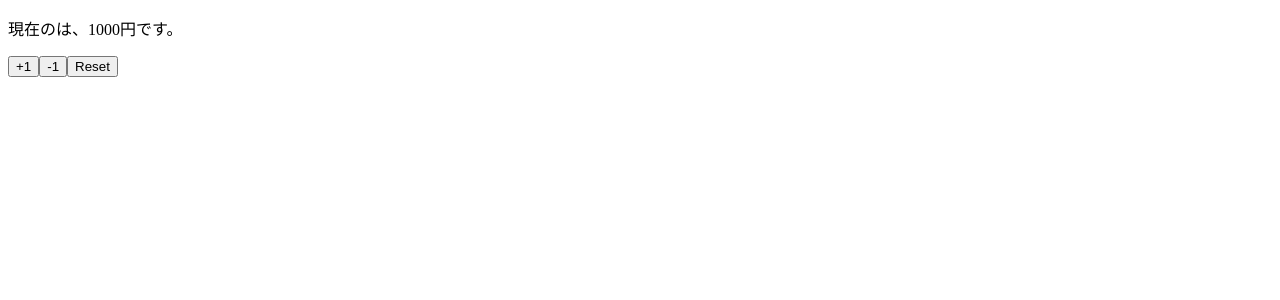
Repository: yujiuehara/my-app
Page: /
An editor plug-in stored every save of this project. The page is shown before and after the next save, followed by the edit.
The browser window is 1280 px wide. The pictures show the whole page.
The project was rebuilt for these pictures with package versions that can differ from the ones it lists, and the page was loaded fresh each time.

Above is the page before, as saved 2020-05-04 00:27:33.

### src/App.js
import React, {useState} from 'react'

const App = (props)　=> {

  const [name, setName] = useState(props.name)
  const [price, setPrice] = useState(props.price)

  return (
    <>
      <p>現在の{name}は、{price}円です。</p>
      <button onClick={()=>setPrice(price + 1)}>+1</button>
      <button onClick={()=>setPrice(price - 1)}>-1</button>
      <button onClick={()=>setPrice(props.price)}>Reset</button>
    </>
  );
}

App.defaultProps = {
  name: '',
  price: 1000
}

export default App

Loaded but not shown: public/index.html (common file); src/index.js (common file)

After the next save:
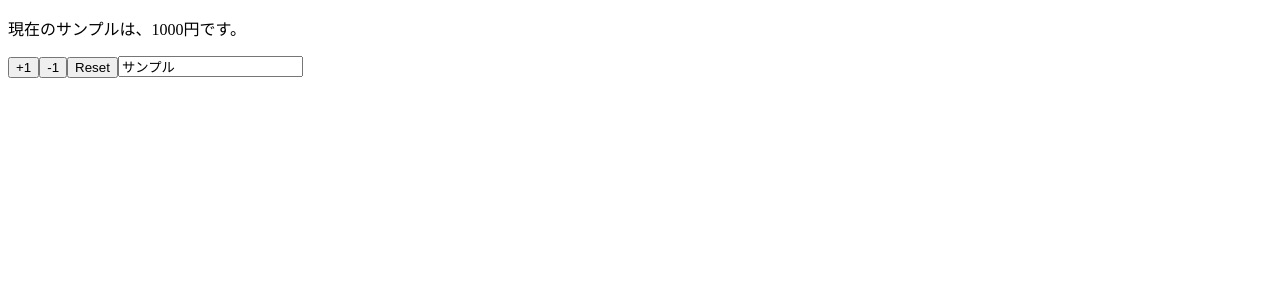
Saved 52 s later.
--- a/src/App.js
+++ b/src/App.js
@@ -11,12 +11,13 @@ const App = (props)　=> {
       <button onClick={()=>setPrice(price + 1)}>+1</button>
       <button onClick={()=>setPrice(price - 1)}>-1</button>
       <button onClick={()=>setPrice(props.price)}>Reset</button>
+      <input value={name}/>
     </>
   );
 }
 
 App.defaultProps = {
-  name: '',
+  name: 'サンプル',
   price: 1000
 }
 
